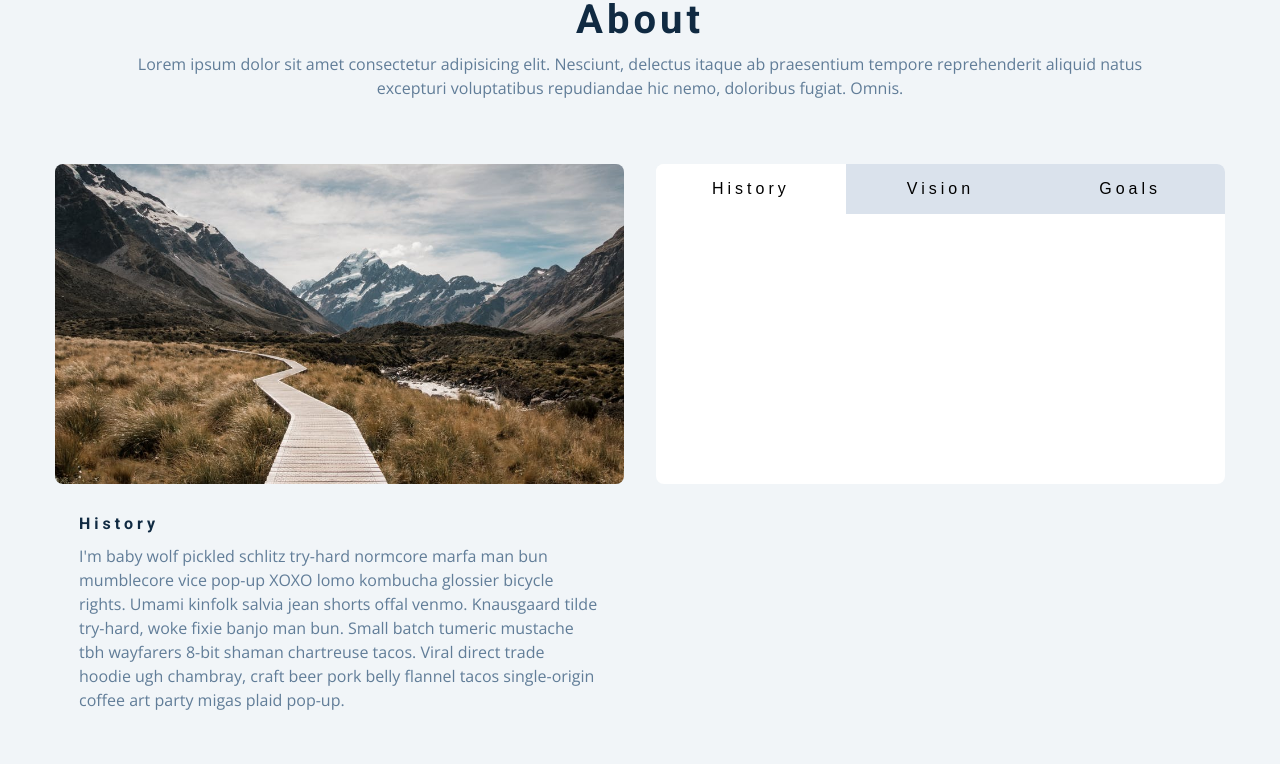
Repository: Kamrangujjar85112/Javascript-Vanilla-Projects
Page: setup/11-tabs/setup/index.html
The author's editor kept a copy of each file at every save. The page is drawn from the files as they stood at one save, then again after the next save.
The browser window is 1280 px wide. The pictures show the whole page.

Above is the page before, as saved 2022-02-03 13:36:27.

### setup/11-tabs/setup/index.html
<!DOCTYPE html>
<html lang="en">
  <head>
    <meta charset="UTF-8" />
    <meta name="viewport" content="width=device-width, initial-scale=1.0" />
    <title>Tabs</title>

    <!-- styles -->
    <link rel="stylesheet" href="styles.css" />
  </head>
  <body>
    <section>
      <div class="title">
        <h2>about</h2>
        <p>Lorem ipsum dolor sit amet consectetur adipisicing elit. Nesciunt, delectus itaque ab praesentium tempore reprehenderit aliquid natus excepturi voluptatibus repudiandae hic nemo, doloribus fugiat. Omnis.</p>
      </div>
      <div class="about-center section-center">
        <article class="about-img">


          <img src="./hero-bcg.jpeg" alt="about picture">
        </article>
      <article class="about">
        <!-- btn container -->
        <div class="btn-container">
          <button class="tab-btn active" data-id="history">history</button>
          <button class="tab-btn" data-id="vision">vision</button>
          <button class="tab-btn" data-id="goals">goals</button>
        </div>
      </article>
      <article class="about-content">
        <!-- single item -->
        <div class="content active" id="history">
          <h4>history</h4>
          <!-- history -->
          <p>
            I'm baby wolf pickled schlitz try-hard normcore marfa man bun mumblecore vice
            pop-up XOXO lomo kombucha glossier bicycle rights. Umami kinfolk salvia jean
            shorts offal venmo. Knausgaard tilde try-hard, woke fixie banjo man bun. Small
            batch tumeric mustache tbh wayfarers 8-bit shaman chartreuse tacos. Viral
            direct trade hoodie ugh chambray, craft beer pork belly flannel tacos
            single-origin coffee art party migas plaid pop-up.
          </p>



        </div>
        <!-- end single item -->
        <!-- single item -->
        <div class="content" id="vision">
          <h4>vision</h4>
          <!-- vision -->
          <p>
            Man bun PBR&B keytar copper mug prism, hell of helvetica. Synth crucifix offal
            deep v hella biodiesel. Church-key listicle polaroid put a bird on it
            chillwave palo santo enamel pin, tattooed meggings franzen la croix cray.
            Retro yr aesthetic four loko tbh helvetica air plant, neutra palo santo tofu
            mumblecore. Hoodie bushwick pour-over jean shorts chartreuse shabby chic. Roof
            party hammock master cleanse pop-up truffaut, bicycle rights skateboard
            affogato readymade sustainable deep v live-edge schlitz narwhal.
          </p>
          <ul>
            <li>list item</li>
            <li>list item</li>
            <li>list item</li>
          </ul>
        </div>
        <!-- end single item -->
        <!-- single item -->
        <div class="content" id="goals">
          <h4>goals</h4>
          <!-- goals -->
          <p>
            Chambray authentic truffaut, kickstarter brunch taxidermy vape heirloom four
            dollar toast raclette shoreditch church-key. Poutine etsy tote bag, cred
            fingerstache leggings cornhole everyday carry blog gastropub. Brunch biodiesel
            sartorial mlkshk swag, mixtape hashtag marfa readymade direct trade man braid
            cold-pressed roof party. Small batch adaptogen coloring book heirloom.
            Letterpress food truck hammock literally hell of wolf beard adaptogen everyday
            carry. Dreamcatcher pitchfork yuccie, banh mi salvia venmo photo booth quinoa
            chicharrones.
          </p>
        </div>
        <!-- end single item -->
      </article>
      </div>
    </section>
    <!-- javascript -->
    <script src="app.js"></script>
  </body>
</html>

### setup/11-tabs/setup/styles.css
/*
===============
Fonts
===============
*/
@import url("https://fonts.googleapis.com/css?family=Open+Sans|Roboto:400,700&display=swap");

/*
===============
Variables
===============
*/

:root {
  /* dark shades of primary color*/
  --clr-primary-1: hsl(205, 86%, 17%);
  --clr-primary-2: hsl(205, 77%, 27%);
  --clr-primary-3: hsl(205, 72%, 37%);
  --clr-primary-4: hsl(205, 63%, 48%);
  /* primary/main color */
  --clr-primary-5: #49a6e9;
  /* lighter shades of primary color */
  --clr-primary-6: hsl(205, 89%, 70%);
  --clr-primary-7: hsl(205, 90%, 76%);
  --clr-primary-8: hsl(205, 86%, 81%);
  --clr-primary-9: hsl(205, 90%, 88%);
  --clr-primary-10: hsl(205, 100%, 96%);
  /* darkest grey - used for headings */
  --clr-grey-1: hsl(209, 61%, 16%);
  --clr-grey-2: hsl(211, 39%, 23%);
  --clr-grey-3: hsl(209, 34%, 30%);
  --clr-grey-4: hsl(209, 28%, 39%);
  /* grey used for paragraphs */
  --clr-grey-5: hsl(210, 22%, 49%);
  --clr-grey-6: hsl(209, 23%, 60%);
  --clr-grey-7: hsl(211, 27%, 70%);
  --clr-grey-8: hsl(210, 31%, 80%);
  --clr-grey-9: hsl(212, 33%, 89%);
  --clr-grey-10: hsl(210, 36%, 96%);
  --clr-white: #fff;
  --clr-red-dark: hsl(360, 67%, 44%);
  --clr-red-light: hsl(360, 71%, 66%);
  --clr-green-dark: hsl(125, 67%, 44%);
  --clr-green-light: hsl(125, 71%, 66%);
  --clr-black: #222;
  --ff-primary: "Roboto", sans-serif;
  --ff-secondary: "Open Sans", sans-serif;
  --transition: all 0.3s linear;
  --spacing: 0.25rem;
  --radius: 0.5rem;
  --light-shadow: 0 5px 15px rgba(0, 0, 0, 0.1);
  --dark-shadow: 0 5px 15px rgba(0, 0, 0, 0.2);
  --max-width: 1170px;
  --fixed-width: 620px;
}
/*
===============
Global Styles
===============
*/

*,
::after,
::before {
  margin: 0;
  padding: 0;
  box-sizing: border-box;
}
body {
  font-family: var(--ff-secondary);
  background: var(--clr-grey-10);
  color: var(--clr-grey-1);
  line-height: 1.5;
  font-size: 0.875rem;
}
ul {
  list-style-type: none;
}
a {
  text-decoration: none;
}
img:not(.logo) {
  width: 100%;
}
img {
  display: block;
}

h1,
h2,
h3,
h4 {
  letter-spacing: var(--spacing);
  text-transform: capitalize;
  line-height: 1.25;
  margin-bottom: 0.75rem;
  font-family: var(--ff-primary);
}
h1 {
  font-size: 3rem;
}
h2 {
  font-size: 2rem;
}
h3 {
  font-size: 1.25rem;
}
h4 {
  font-size: 0.875rem;
}
p {
  margin-bottom: 1.25rem;
  color: var(--clr-grey-5);
}
@media screen and (min-width: 800px) {
  h1 {
    font-size: 4rem;
  }
  h2 {
    font-size: 2.5rem;
  }
  h3 {
    font-size: 1.75rem;
  }
  h4 {
    font-size: 1rem;
  }
  body {
    font-size: 1rem;
  }
  h1,
  h2,
  h3,
  h4 {
    line-height: 1;
  }
}
/*  global classes */

.btn {
  text-transform: uppercase;
  background: transparent;
  color: var(--clr-black);
  padding: 0.375rem 0.75rem;
  letter-spacing: var(--spacing);
  display: inline-block;
  transition: var(--transition);
  font-size: 0.875rem;
  border: 2px solid var(--clr-black);
  cursor: pointer;
  box-shadow: 0 1px 3px rgba(0, 0, 0, 0.2);
  border-radius: var(--radius);
}
.btn:hover {
  color: var(--clr-white);
  background: var(--clr-black);
}
/* section */
.section {
  padding: 5rem 0;
}

.section-center {
  width: 90vw;
  margin: 0 auto;
  max-width: 1170px;
}
@media screen and (min-width: 992px) {
  .section-center {
    width: 95vw;
  }
}
main {
  min-height: 100vh;
  display: grid;
  place-items: center;
}
/*
===============
About
===============
*/
.title {
  text-align: center;
  margin-bottom: 4rem;
}
.title p {
  width: 80%;
  margin: 0 auto;
}

.about-img {
  margin-bottom: 2rem;
}
.about-img img {
  border-radius: var(--radius);
  object-fit: cover;
  height: 20rem;
}
@media screen and (min-width: 992px) {
  .about-img {
    margin-bottom: 0;
  }

  .about-center {
    display: grid;
    grid-template-columns: 1fr 1fr;
    column-gap: 2rem;
  }
}
.about {
  background: var(--clr-white);
  border-radius: var(--radius);
  display: grid;
  grid-template-rows: auto 1fr;
}
.btn-container {
  border-top-left-radius: var(--radius);
  border-top-right-radius: var(--radius);
  display: grid;
  grid-template-columns: 1fr 1fr 1fr;
}
.tab-btn:nth-child(1) {
  border-top-left-radius: var(--radius);
}
.tab-btn:nth-child(3) {
  border-top-right-radius: var(--radius);
}
.tab-btn {
  padding: 1rem 0;
  border: none;
  text-transform: capitalize;
  font-size: 1rem;
  display: block;
  background: var(--clr-grey-9);
  cursor: pointer;
  transition: var(--transition);
  letter-spacing: var(--spacing);
}
.tab-btn:hover:not(.active) {
  background: var(--clr-primary-10);
  color: var(--clr-primary-5);
}
.about-content {
  border-bottom-left-radius: var(--radius);
  border-bottom-right-radius: var(--radius);
  padding: 2rem 1.5rem;
}
/* hide content */
.content {
  display: none;
}
.tab-btn.active {
  background: var(--clr-white);
}
.content.active {
  display: block;
}

Loaded but not shown: setup/11-tabs/setup/app.js (no copy from this time; the picture is the same without it)

After the next save:
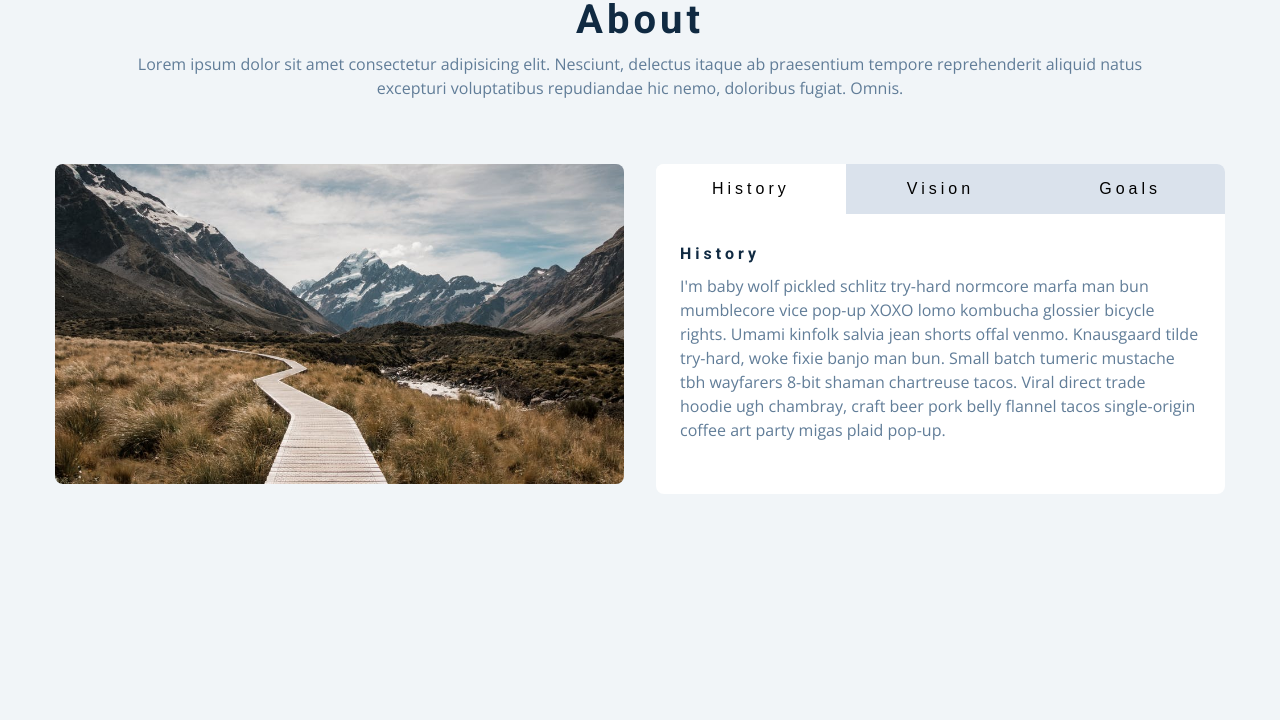
Saved 80 s later.
--- a/setup/11-tabs/setup/index.html
+++ b/setup/11-tabs/setup/index.html
@@ -27,62 +27,63 @@
           <button class="tab-btn" data-id="vision">vision</button>
           <button class="tab-btn" data-id="goals">goals</button>
         </div>
-      </article>
-      <article class="about-content">
-        <!-- single item -->
-        <div class="content active" id="history">
-          <h4>history</h4>
-          <!-- history -->
-          <p>
-            I'm baby wolf pickled schlitz try-hard normcore marfa man bun mumblecore vice
-            pop-up XOXO lomo kombucha glossier bicycle rights. Umami kinfolk salvia jean
-            shorts offal venmo. Knausgaard tilde try-hard, woke fixie banjo man bun. Small
-            batch tumeric mustache tbh wayfarers 8-bit shaman chartreuse tacos. Viral
-            direct trade hoodie ugh chambray, craft beer pork belly flannel tacos
-            single-origin coffee art party migas plaid pop-up.
-          </p>
+        <article class="about-content">
+          <!-- single item -->
+          <div class="content active" id="history">
+            <h4>history</h4>
+            <!-- history -->
+            <p>
+              I'm baby wolf pickled schlitz try-hard normcore marfa man bun mumblecore vice
+              pop-up XOXO lomo kombucha glossier bicycle rights. Umami kinfolk salvia jean
+              shorts offal venmo. Knausgaard tilde try-hard, woke fixie banjo man bun. Small
+              batch tumeric mustache tbh wayfarers 8-bit shaman chartreuse tacos. Viral
+              direct trade hoodie ugh chambray, craft beer pork belly flannel tacos
+              single-origin coffee art party migas plaid pop-up.
+            </p>
 
 
 
-        </div>
-        <!-- end single item -->
-        <!-- single item -->
-        <div class="content" id="vision">
-          <h4>vision</h4>
-          <!-- vision -->
-          <p>
-            Man bun PBR&B keytar copper mug prism, hell of helvetica. Synth crucifix offal
-            deep v hella biodiesel. Church-key listicle polaroid put a bird on it
-            chillwave palo santo enamel pin, tattooed meggings franzen la croix cray.
-            Retro yr aesthetic four loko tbh helvetica air plant, neutra palo santo tofu
-            mumblecore. Hoodie bushwick pour-over jean shorts chartreuse shabby chic. Roof
-            party hammock master cleanse pop-up truffaut, bicycle rights skateboard
-            affogato readymade sustainable deep v live-edge schlitz narwhal.
-          </p>
-          <ul>
-            <li>list item</li>
-            <li>list item</li>
-            <li>list item</li>
-          </ul>
-        </div>
-        <!-- end single item -->
-        <!-- single item -->
-        <div class="content" id="goals">
-          <h4>goals</h4>
-          <!-- goals -->
-          <p>
-            Chambray authentic truffaut, kickstarter brunch taxidermy vape heirloom four
-            dollar toast raclette shoreditch church-key. Poutine etsy tote bag, cred
-            fingerstache leggings cornhole everyday carry blog gastropub. Brunch biodiesel
-            sartorial mlkshk swag, mixtape hashtag marfa readymade direct trade man braid
-            cold-pressed roof party. Small batch adaptogen coloring book heirloom.
-            Letterpress food truck hammock literally hell of wolf beard adaptogen everyday
-            carry. Dreamcatcher pitchfork yuccie, banh mi salvia venmo photo booth quinoa
-            chicharrones.
-          </p>
-        </div>
-        <!-- end single item -->
+          </div>
+          <!-- end single item -->
+          <!-- single item -->
+          <div class="content" id="vision">
+            <h4>vision</h4>
+            <!-- vision -->
+            <p>
+              Man bun PBR&B keytar copper mug prism, hell of helvetica. Synth crucifix offal
+              deep v hella biodiesel. Church-key listicle polaroid put a bird on it
+              chillwave palo santo enamel pin, tattooed meggings franzen la croix cray.
+              Retro yr aesthetic four loko tbh helvetica air plant, neutra palo santo tofu
+              mumblecore. Hoodie bushwick pour-over jean shorts chartreuse shabby chic. Roof
+              party hammock master cleanse pop-up truffaut, bicycle rights skateboard
+              affogato readymade sustainable deep v live-edge schlitz narwhal.
+            </p>
+            <ul>
+              <li>list item</li>
+              <li>list item</li>
+              <li>list item</li>
+            </ul>
+          </div>
+          <!-- end single item -->
+          <!-- single item -->
+          <div class="content" id="goals">
+            <h4>goals</h4>
+            <!-- goals -->
+            <p>
+              Chambray authentic truffaut, kickstarter brunch taxidermy vape heirloom four
+              dollar toast raclette shoreditch church-key. Poutine etsy tote bag, cred
+              fingerstache leggings cornhole everyday carry blog gastropub. Brunch biodiesel
+              sartorial mlkshk swag, mixtape hashtag marfa readymade direct trade man braid
+              cold-pressed roof party. Small batch adaptogen coloring book heirloom.
+              Letterpress food truck hammock literally hell of wolf beard adaptogen everyday
+              carry. Dreamcatcher pitchfork yuccie, banh mi salvia venmo photo booth quinoa
+              chicharrones.
+            </p>
+          </div>
+          <!-- end single item -->
+        </article>
       </article>
+
       </div>
     </section>
     <!-- javascript -->
